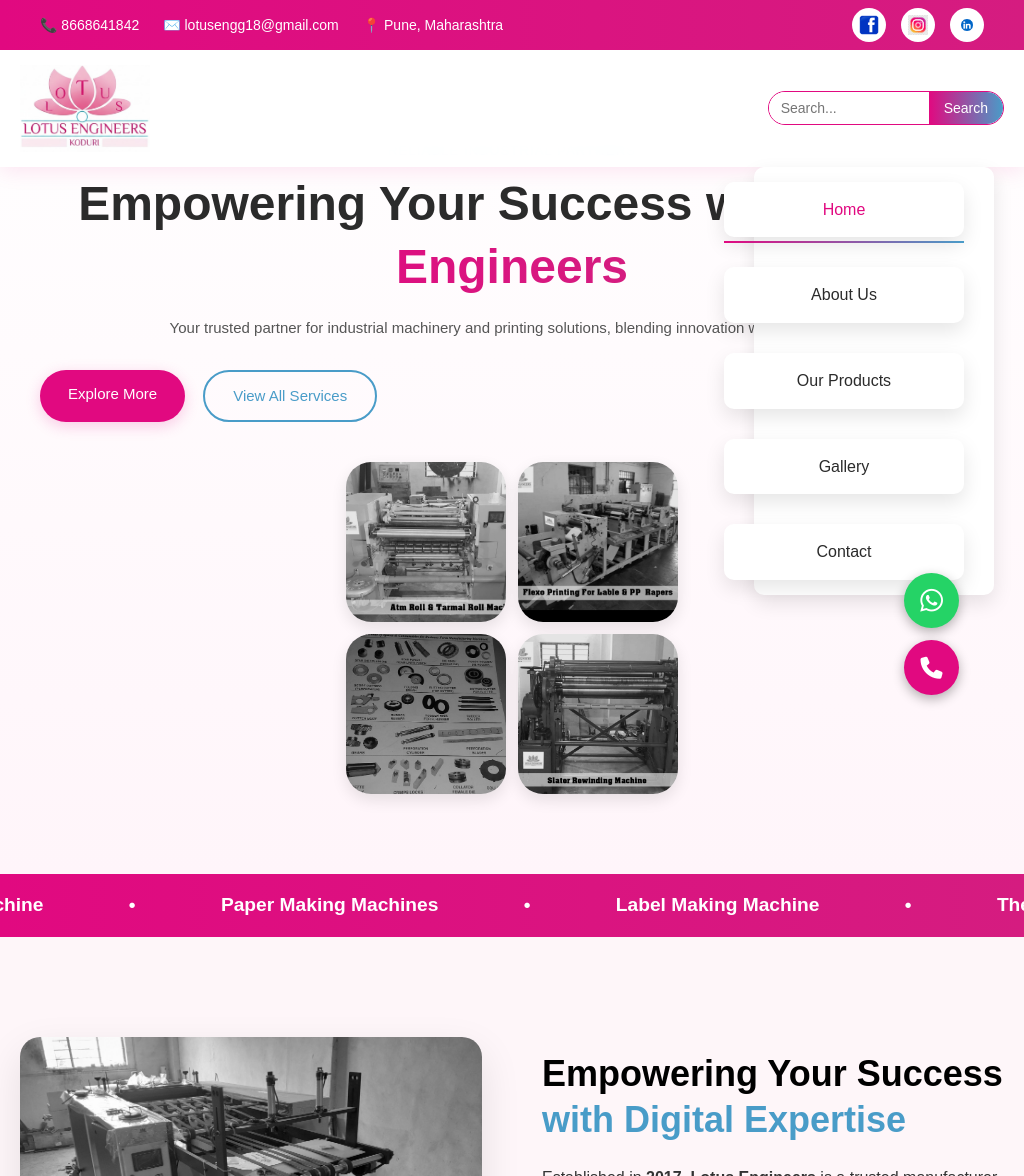
Repository: Khushichugh14/lotus-engineers
Page: index.html
The author's editor kept a copy of each file at every save. The page is drawn from the files as they stood at one save, then again after the next save.
The browser window is 1024 px wide. The pictures show the part of the page from y = 0 to 1176 px (the page is 5927 px tall).
A picture or video elsewhere on the page could not be fetched, so the positions and the page height are approximate.

Above is the page before, as saved 2025-12-24 12:22:59.

### index.html
<!DOCTYPE html>
<html lang="en">
<head>
  <meta charset="UTF-8" />
  <meta name="viewport" content="width=device-width, initial-scale=1.0" />
  <title>Lotus Engineers</title>
  <link rel="stylesheet" href="style.css" />
  <script src="script.js" defer></script>
  <!-- Font Awesome Icons -->
<link rel="stylesheet" href="navbar.css" />
<script src="navbar.js" defer></script>
  <link rel="stylesheet" href="footer.css" />
  <link
  rel="stylesheet"
  href="https://cdnjs.cloudflare.com/ajax/libs/font-awesome/6.5.1/css/all.min.css"
/>


</head>
<body>




  <!-- ===== Hero Section ===== -->
  <section id="home" class="hero">
    <div class="hero-container">
      <!-- Left Content -->
      <div class="hero-left">
        <h5>Reliable Industrial Partners</h5>
        <h1>Empowering Your Success with <span>Lotus Engineers</span></h1>
        <p>
          Your trusted partner for industrial machinery and printing solutions,
          blending innovation with excellence.
        </p>
        <div class="hero-buttons">
          <a href="#products" class="btn primary">Explore More</a>
          <a href="#about" class="btn secondary">View All Services</a>
        </div>
      </div>

      <!-- Right Image Grid -->
      <div class="hero-right">
        <div class="image-grid">
          <img src="images/atm-1.jpeg.jpg" alt="">
              <img src="images/flexo-label-printing-machine (1).jpg" alt="">
         <img src="images/WhatsApp Image 2025-11-14 at 11.52.01_70df9b95.jpg" alt="">
          <img src="images/slater-.jpeg.jpg" alt="">
        </div>

      </div>
    </div>
  </section>


<section class="product-strip">
  <div class="scrolling-wrapper">
    <div class="scrolling-content">
      <span>Cutting Machine</span>
      <span>•</span>
      <span>Printing Machine</span>
      <span>•</span>
      <span>Paper Making Machines</span>
      <span>•</span>
      <span>Label Making Machine</span>
      <span>•</span>
      <span>Thermal Paper Roll Making Machine</span>
      <span>•</span>
      <span>Flexographic Printing Machine</span>
      <span>•</span>
      <span>Slitter Rewinder Machine</span>
      <span>•</span>
      <span>Die Cutting Machine</span>
      <span>•</span>
      <span>Sheet Cutting Machine</span>
      <span>•</span>
      <span>Packaging Label Machine</span>
      <span>•</span>
      <span>Automatic Labeling Machine</span>
      <span>•</span>
      <span>Paper Cutting Machine</span>
      <span>•</span>
    </div>
  </div>
</section>

  <!-- ===== About Us Section ===== -->
<section id="about" class="about">
  <div class="about-container">
    <!-- LEFT SIDE IMAGES -->
    <div class="about-left">
      <div class="img-top">
        <img src="images/product-jpeg (1).jpg"alt="Team Discussion" />
      </div>
      <div class="img-bottom">
        <img src="images/rotary-die-cutting-machine.jpg" alt="Business Meeting" />
      </div>
    </div>

    <!-- RIGHT SIDE CONTENT -->
    <div class="about-right">
      <h2>Empowering Your Success<br /><span>with Digital Expertise</span></h2>
      <p>
        Established in <strong>2017</strong>, <strong>Lotus Engineers</strong> is a trusted manufacturer and supplier of
        <strong>A4 Size Copier Paper</strong>, <strong>Paper Cutting Machines</strong>, and
        <strong>Thermal Paper Rolls</strong>. Based in Pune, Maharashtra, we focus on
        innovation, quality, and long-term customer partnerships to deliver excellence in
        every product.
      </p>

      <div class="progress-section">
        <div class="progress-item">
          <div class="label">
            <strong>Manufacturing Excellence</strong> <span>85%</span>
          </div>
          <div class="progress-bar">
            <div class="progress" style="width: 85%"></div>
          </div>
        </div>

        <div class="progress-item">
          <div class="label">
            <strong>Innovation & Quality</strong> <span>90%</span>
          </div>
          <div class="progress-bar">
            <div class="progress" style="width: 90%"></div>
          </div>
        </div>

        <div class="progress-item">
          <div class="label">
            <strong>Customer Satisfaction</strong> <span>95%</span>
          </div>
          <div class="progress-bar">
            <div class="progress" style="width: 95%"></div>
          </div>
        </div>
      </div>
      <a href="#about-us" class="btn-about">About Us →</a>
    </div>
  </div>
</section>

  <!-- ===== Why Choose Us Section ===== -->
  <section id="why-us" class="why-choose-us">
    <div class="wcu-container">
      <div class="wcu-left">
        <div class="finix-text">
          <h6>Transparent process</h6>
          <h2>Why people choose us</h2>
          <p>We follow a clear end‑to‑end process: consult, design, manufacture, install, and support. Timelines are shared upfront, quality is documented, and communication stays transparent at every step.</p>
          <div class="wcu-media">
            <img src="https://raw.githubusercontent.com/farazc60/Project-Images/main/why_choose_us.png" alt="Why choose us image">
          </div>
        </div>
      </div>
      <div class="wcu-right">
        <div class="wcu-features">
          <div class="feature-box">
            <div class="feature-box-content">
              <div class="fbc-btn"><span>✓</span></div>
              <h3>Quality Assurance</h3>
              <p>ISO-aligned checks, component testing, and trial runs ensure dependable performance.</p>
            </div>
          </div>
          <div class="feature-box">
            <div class="feature-box-content">
              <div class="fbc-btn"><span>⏱</span></div>
              <h3>On-time Delivery</h3>
              <p>Committed schedules backed by planned production and reliable logistics.</p>
            </div>
          </div>
          <div class="feature-box">
            <div class="feature-box-content">
              <div class="fbc-btn"><span>🛠</span></div>
              <h3>PAN‑India Service</h3>
              <p>Installation, training, and responsive after‑sales support across India.</p>
            </div>
          </div>
          <div class="feature-box active-feature">
            <div class="feature-box-content">
              <div class="fbc-btn"><span>₹</span></div>
              <h3>Transparent Pricing</h3>
              <p>Fair quotations with no hidden costs and clear total‑cost ownership.</p>
            </div>
          </div>
        </div>
      </div>
    </div>
  </section>

  <!-- ===== Products Section ===== -->
  <section id="products" class="products">
    <div class="products-head">
      <h2>Our Products</h2>
      <p>Precision-built machinery for modern manufacturing.</p>
    </div>
    <div class="product-grid premium">
      <div class="product-card glass">
        <div class="pc-img">
          <img src="images/rotary-die-cutting-machine.jpg" alt="Rotary Die Cutting Machine" />
          <span class="pc-tag">Cutting</span>
        </div>
        <div class="pc-body">
          <h3>Rotary Die Cutting</h3>
          <p>High precision, robust build, efficient throughput.</p>
        </div>
      </div>
      <div class="product-card glass">
        <div class="pc-img">
          <img src="images/paper-cutting-machine.jpeg.jpg" alt="Paper Sheet Cutting Machine" />
          <span class="pc-tag">Cutting</span>
        </div>
        <div class="pc-body">
          <h3>Paper Sheet Cutting</h3>
          <p>Reliable, fast, and safety compliant for industry.</p>
        </div>
      </div>
      <div class="product-card glass">
        <div class="pc-img">
          <img src="images/paper-slitting-machine-250x250.webp" alt="Paper Slitting Machine" />
          <span class="pc-tag">Slitting</span>
        </div>
        <div class="pc-body">
          <h3>Paper Slitting</h3>
          <p>Precision slitting with low maintenance design.</p>
        </div>
      </div>
      <div class="product-card glass">
        <div class="pc-img">
          <img src="images/flexo-label-printing-machine.jpg" alt="Flexographic Printing Machine" />
          <span class="pc-tag">Printing</span>
        </div>
        <div class="pc-body">
          <h3>Flexographic Printing</h3>
          <p>High-speed printing with consistent quality output.</p>
        </div>
      </div>
    </div>
    <div class="products-foot">
      <a href="products.html" class="btn primary">View All Products</a>
    </div>


  </section>








  <!-- ===== Testimonials Section ===== -->
  <section id="testimonials" class="testimonials">
    <h2>What Our Clients Say</h2>

    <div class="testimonial-box">

      <!-- Testimonial 1 -->
      <div class="info t1">
        <p>"Lotus Engineers provided excellent quality and timely service. Highly recommended!
          Lotus Engineers provided excellent quality and timely service. Highly recommended! "</p>
        <h4>— Ramesh Industries</h4>
        <div class="bottom-line"></div>
      </div>

      <!-- Testimonial 2 -->
      <div class="info t2">
        <p>"Their machines are durable and efficient. We’ve been long-term customers."</p>
        <h4>— Global Print Solutions</h4>
        <div class="bottom-line"></div>
      </div>

      <!-- Testimonial 3 -->
      <div class="info t3">
        <p>"Exceptional customer service and reliable machinery!"</p>
        <h4>— Sai Packaging Pvt. Ltd.</h4>
        <div class="bottom-line"></div>
      </div>

    </div>
  </section>




  <!-- Footer removed. Loaded dynamically from footer.html via navbar.js -->

<!-- ==========================
     Floating WhatsApp & Call Buttons
========================== -->
<section id="floating-buttons" style="
  position: fixed;
  bottom: 25px;
  right: 25px;
  display: flex;
  flex-direction: column;
  gap: 12px;
  z-index: 9999;
">

  <!-- WhatsApp -->
  <a href="https://wa.me/7720060073" target="_blank"
     style="
      background:#25D366;
      width:55px;
      height:55px;
      border-radius:50%;
      display:flex;
      align-items:center;
      justify-content:center;
      box-shadow:0 4px 12px rgba(0,0,0,.3);
      color:white;
      font-size:26px;
     "
     title="Chat on WhatsApp">
    <i class="fa-brands fa-whatsapp"></i>
  </a>

  <!-- Call -->
  <a href="tel:9850110532"
     style="
      background:#e10980;
      width:55px;
      height:55px;
      border-radius:50%;
      display:flex;
      align-items:center;
      justify-content:center;
      box-shadow:0 4px 12px rgba(0,0,0,.3);
      color:white;
      font-size:22px;
     "
     title="Call Now">
    <i class="fa-solid fa-phone"></i>
  </a>

</section>



</body>
</html>

### navbar.css
/* ========================== TOP BAR ========================== */
.top-bar {
  background: linear-gradient(90deg, #e10980, #d51c80);
  color: #fff;
  display: flex;
  justify-content: space-between;
  align-items: center;
  padding: 8px 40px;
  font-size: 14px;
}

.contact-info span {
  margin-right: 20px;
  display: inline-flex;
  align-items: center;
}

/* ========================== SOCIAL ICONS ========================== */
.social-icons {
  display: flex;
  align-items: center;
  gap: 15px;
}

.social-icons a {
  display: inline-flex;
  align-items: center;
  justify-content: center;
  width: 34px;
  height: 34px;
  border-radius: 50%;
  background: #fff;
  overflow: hidden;
  transition: transform 0.3s ease, box-shadow 0.3s ease;
}

.social-icons a:hover {
  transform: translateY(-3px);
  box-shadow: 0 4px 10px rgba(225, 9, 128, 0.3);
}

.social-icons img {
  width: 20px;
  height: 20px;
  object-fit: contain;
  transition: transform 0.3s ease;
}
.social-icons a:hover img { transform: scale(1.08); }


/* ========================== NAVBAR ========================== */
.navbar {
  position: fixed;
  top: 0;
  width: 100%;
  background: rgba(255, 255, 255, 0.95);
  backdrop-filter: blur(10px);
  z-index: 999;
  box-shadow: 0 4px 20px rgba(225, 9, 128, 0.1);
  transition: all 0.3s ease;
}

.nav-container {
  display: flex;
  align-items: center;
  justify-content: space-between;
  padding: 15px 20px;
  max-width: 1300px;
  margin: auto;
}

.logo img {
  width: 130px;
  transition: transform 0.3s ease;
}

.logo img:hover {
  transform: scale(1.05);
}

.nav-links {
  display: flex;
  gap: 30px;
  align-items: center;
}

.nav-links a {
  color: #2b2b2b;
  font-weight: 500;
  position: relative;
  transition: color 0.3s ease;
  text-decoration: none;
}

.nav-links a::after {
  content: "";
  position: absolute;
  bottom: -6px;
  left: 0;
  width: 0%;
  height: 2px;
  background: linear-gradient(90deg, #e10980, #499cc8);
  transition: width 0.3s ease;
}

.nav-links a:hover::after,
.nav-links a.active::after {
  width: 100%;
}



.nav-links a:hover,
.nav-links a.active {
  color: #e10980;
}

/* ====== Search Box ====== */
.search-box {
  display: flex;
  align-items: center;
  border: 1.5px solid #e10980;
  border-radius: 25px;
  overflow: hidden;
  transition: 0.3s ease;
}

.search-box input {
  padding: 8px 12px;
  border: none;
  outline: none;
  font-size: 14px;
  width: 160px;
  transition: width .25s ease;
}

.search-box:focus-within input {
  width: 320px;
}

.search-box button {
  background: linear-gradient(90deg, #e10980, #499cc8);
  color: #fff;
  border: none;
  padding: 8px 15px;
  font-size: 14px;
  cursor: pointer;
  transition: opacity 0.3s ease;
}

.search-box button:hover {
  opacity: 0.85;
}

/* ====== Mobile Menu ====== */
.menu-toggle {
  display: none;
  color: #e10980;
  font-size: 26px;
  cursor: pointer;
}

//* ====== Mobile Dropdown Menu (NO OUTER BLOCK) ====== */
@media (max-width: 1024px) {

  .menu-toggle {
    display: block;
  }

  .search-box {
    display: none;
  }

  /* Dropdown container (no background, no card) */
  .nav-links {
    display: none;
    flex-direction: column;
    position: fixed;
    top: 120px;
    left: 50%;
    transform: translateX(-50%);
    width: 90%;
    max-width: 360px;
    padding: 0;                /* 🔴 no outer padding */
    background: transparent;  /* 🔴 remove outer block */
    box-shadow: none;         /* 🔴 remove outer shadow */
    gap: 14px;
    z-index: 1000;
  }

  .nav-links.active {
    display: flex;
  }

  /* Individual menu items only */
  .nav-links a {
    display: block;
    width: 100%;
    padding: 18px;
    background: #ffffff;
    border-radius: 18px;
    font-size: 16px;
    font-weight: 500;
    color: #2b2b2b;
    text-decoration: none;
    box-shadow: 0 8px 20px rgba(0,0,0,0.08);
    transition: all 0.25s ease;
  }

  .nav-links a:hover {
    background: #f5f5f5;
  }

  .nav-links a.active {
    background: #fde8f1;
    color: #e10980;
  }

  /* Remove desktop underline animation */
  .nav-links a::after {
    display: none;
  }
}

### navbar.html
<!-- ===================== NAVBAR COMPONENT ===================== -->
<header class="navbar">
  <!-- ===== Top Bar ===== -->
  <div class="top-bar">
    <div class="contact-info">
      <span>📞 8668641842</span>
      <span>✉️ lotusengg18@gmail.com</span>
      <span>📍 Pune, Maharashtra</span>
    </div>

    <div class="social-icons">
      <a href="https://www.facebook.com/" target="_blank">
        <img src="images/facebook.png" alt="Facebook" />
      </a>
      <a href="https://www.instagram.com/" target="_blank">
        <img src="images/insta.avif" alt="Instagram" />
      </a>
      <a href="https://www.linkedin.com/" target="_blank">
        <img src="images/linkedin.webp" alt="LinkedIn" />
      </a>
    </div>
  </div>

  <!-- ===== Main Navbar ===== -->
  <div class="nav-container">
    <div class="logo">
      <img src="icons/logo.jpg" alt="Lotus Engineers Logo" />
    </div>

    <nav class="nav-links hidden" id="nav-links">
      <a href="index.html" class="nav-links">Home</a>
      <a href="about.html" class="nav-links">About Us</a>
      <a href="products.html" class="nav-links">Our Products</a>
      <a href="gallery.html" class="nav-links">Gallery</a>
      <a href="contact.html" class="nav-links">Contact</a>
    </nav>

    <div class="search-box">
      <input type="text" placeholder="Search..." />
      <button>Search</button>
    </div>

    <div class="menu-toggle" id="menu-toggle">&#9776;</div>
  </div>
</header>

### footer.html
<!-- footer.html -->
<footer class="footer">
  <div class="footer-container">
    <!-- About Card -->
    <div class="footer-card footer-about">
      <div class="footer-logo-container">
        <img src="icons/logo.jpg" alt="Lotus Engineers Logo" />
      </div>
      <p>
        <strong>Lotus Engineers</strong> — Manufacturer and Supplier of high-quality
        cutting and printing machinery, based in Pune, Maharashtra.
      </p>
      <div class="footer-social">
        <a href="#" target="_blank"><i class="fa-brands fa-facebook-f"></i></a>
        <a href="#" target="_blank"><i class="fa-brands fa-instagram"></i></a>
        <a href="#" target="_blank"><i class="fa-brands fa-linkedin-in"></i></a>
      </div>
    </div>

    <!-- Links Card -->
    <div class="footer-card footer-links">
      <h4>Quick Links</h4>
      <ul>
        <li><a href="#home">Home</a></li>
        <li><a href="#about">About</a></li>
        <li><a href="#products">Products</a></li>
        <li><a href="#contact">Contact</a></li>
      </ul>
    </div>

    <!-- Contact Card -->
    <div class="footer-card footer-contact">
      <h4>Contact Us</h4>
      <div class="contact-info">
        <p>Lotus Engineers Survey No. 30/27, Milkat No. 5/558, Dambar Plant Road, Dhayri Pune - 411041, Maharashtra, India</p>
        <p><strong>Call:</strong><br />
          <a href="tel:8688005711">8688005711</a><br />
          <a href="tel:9823386085">9823386085</a>
        </p>
        <p><strong>Email:</strong> <a href="mailto:info@lotusengineers.in">info@lotusengineers.in</a></p>
      </div>
    </div>
  </div>

  <div class="footer-bottom">
    <p>Developed by <span class="dev-name">DWI</span> © 2025 <strong>Lotus Engineers</strong>. All Rights Reserved.</p>
  </div>
</footer>

Loaded but not shown: navbar.js (75 lines, source omitted); script.js (26 lines, source omitted); style.css (1038 lines, source omitted); footer.css (188 lines, source omitted)

After the next save:
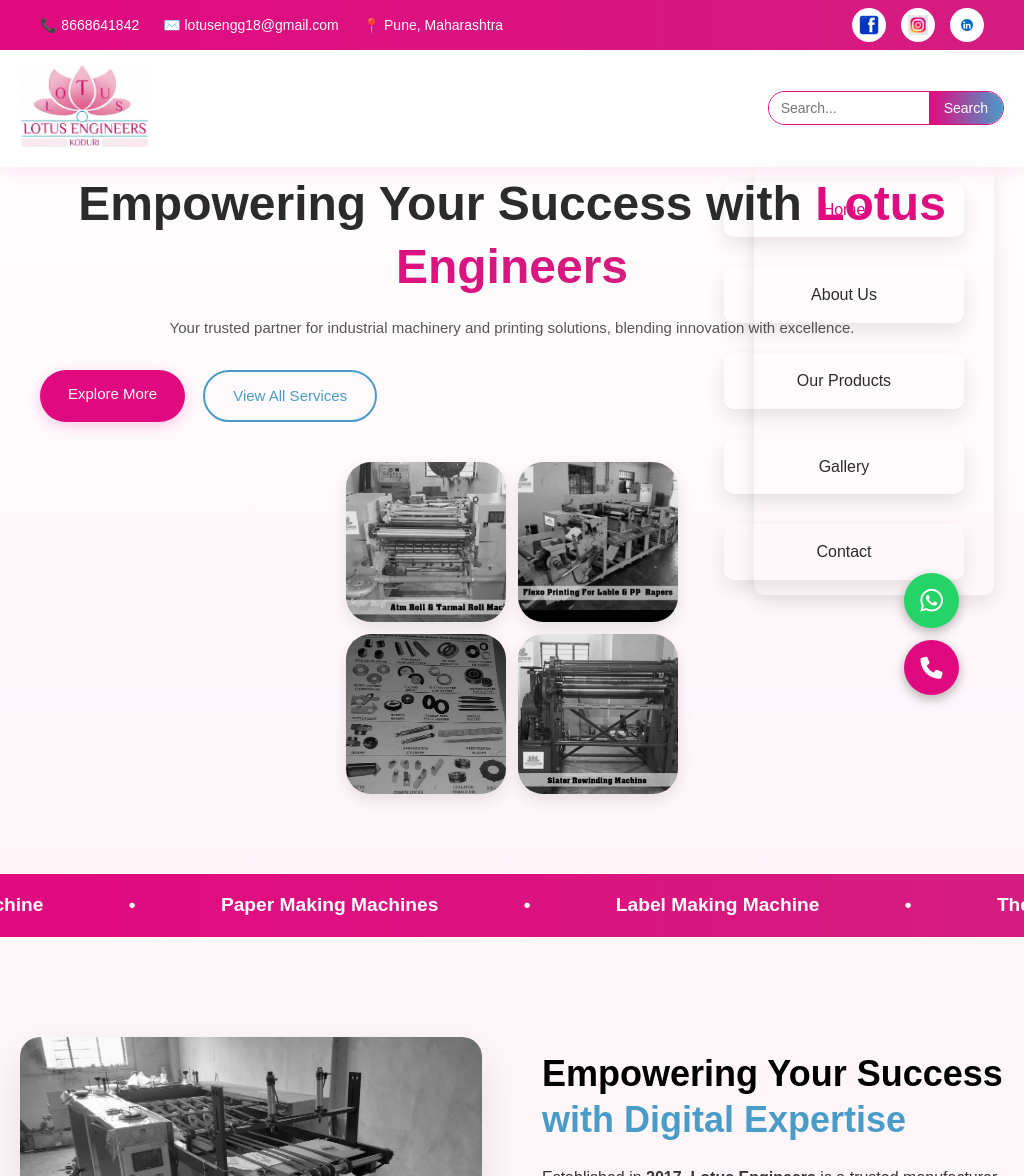
Saved 71 s later.
--- a/navbar.css
+++ b/navbar.css
@@ -221,3 +221,28 @@
     display: none;
   }
 }
+/* ==========================
+   REMOVE BACKGROUND BLOCK BEHIND MOBILE MENU
+========================== */
+
+@media (max-width: 1024px) {
+
+  /* Ensure menu is above all sections */
+  .nav-links {
+    z-index: 9999 !important;
+    background: transparent !important;
+  }
+
+  /* Kill any inherited overlay effects */
+  .nav-links::before,
+  .nav-links::after {
+    display: none !important;
+    content: none !important;
+  }
+
+  /* Ensure menu items stay clean */
+  .nav-links a {
+    position: relative;
+    z-index: 1;
+  }
+}

After the save that followed:
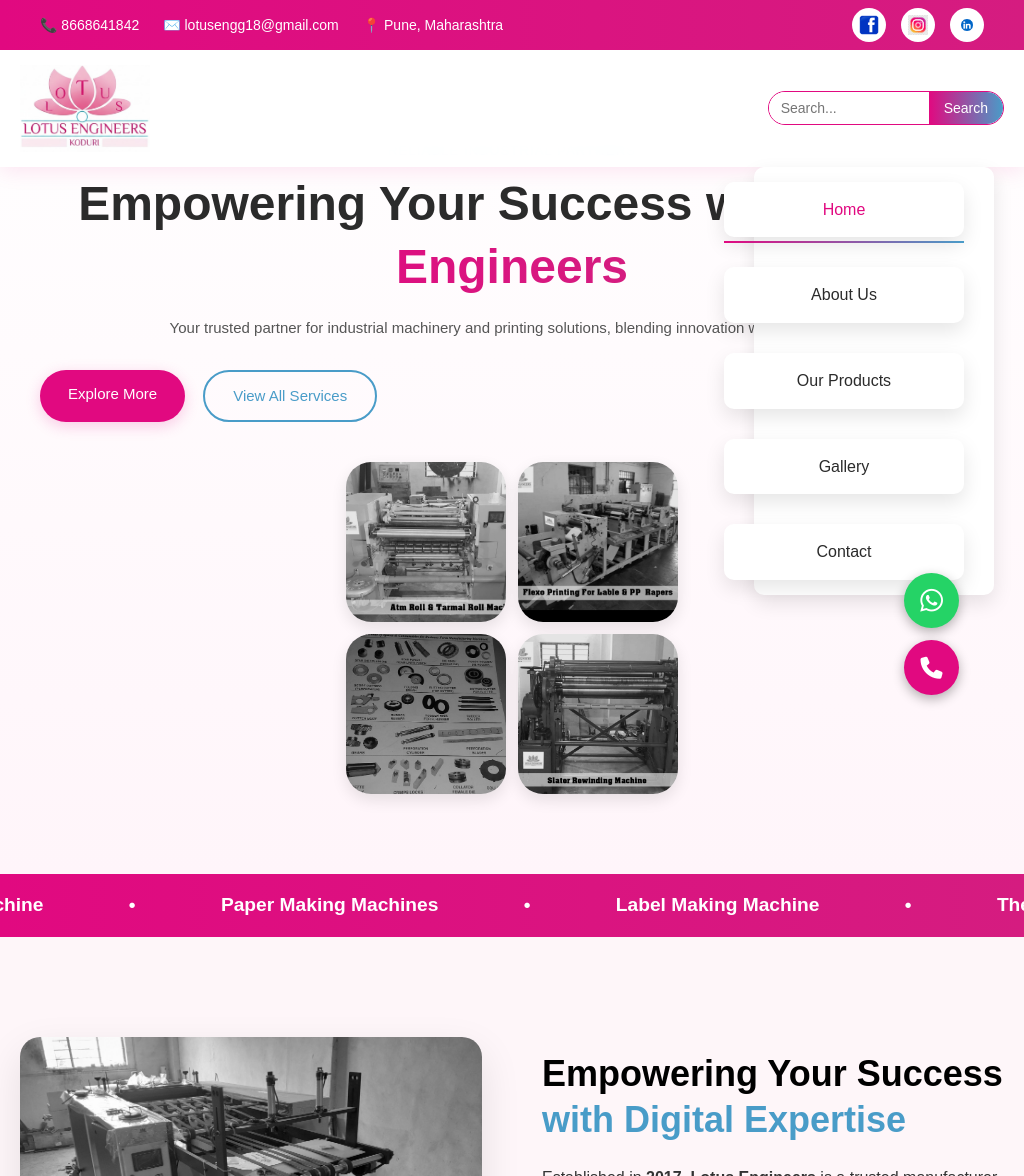
Saved 9 s later.
--- a/navbar.css
+++ b/navbar.css
@@ -221,28 +221,3 @@
     display: none;
   }
 }
-/* ==========================
-   REMOVE BACKGROUND BLOCK BEHIND MOBILE MENU
-========================== */
-
-@media (max-width: 1024px) {
-
-  /* Ensure menu is above all sections */
-  .nav-links {
-    z-index: 9999 !important;
-    background: transparent !important;
-  }
-
-  /* Kill any inherited overlay effects */
-  .nav-links::before,
-  .nav-links::after {
-    display: none !important;
-    content: none !important;
-  }
-
-  /* Ensure menu items stay clean */
-  .nav-links a {
-    position: relative;
-    z-index: 1;
-  }
-}
